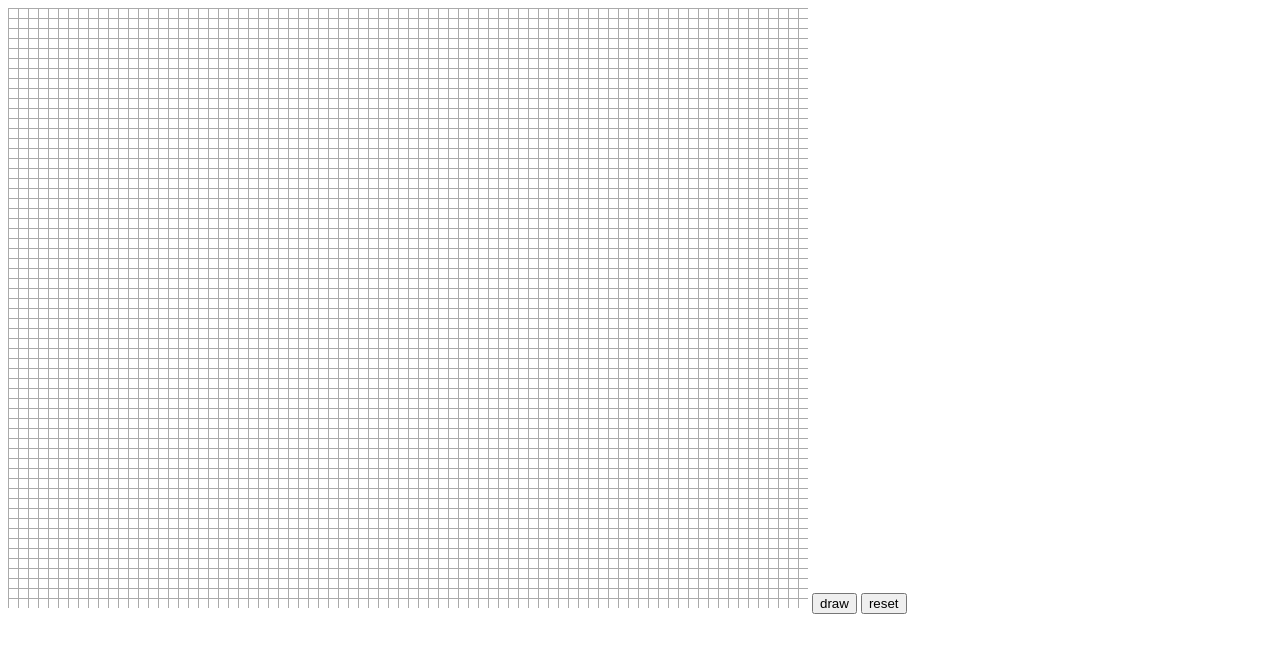
Repository: randgars/game
Page: index.html
These files come from the project's save history. The page is drawn as it stood at one moment and after the next save; the edit follows.
The browser window is 1280 px wide. The pictures show the whole page.
After loading, the first visible `button` was clicked once.

Above is the page before, as saved 2017-09-28 10:41:43.

After the next save:
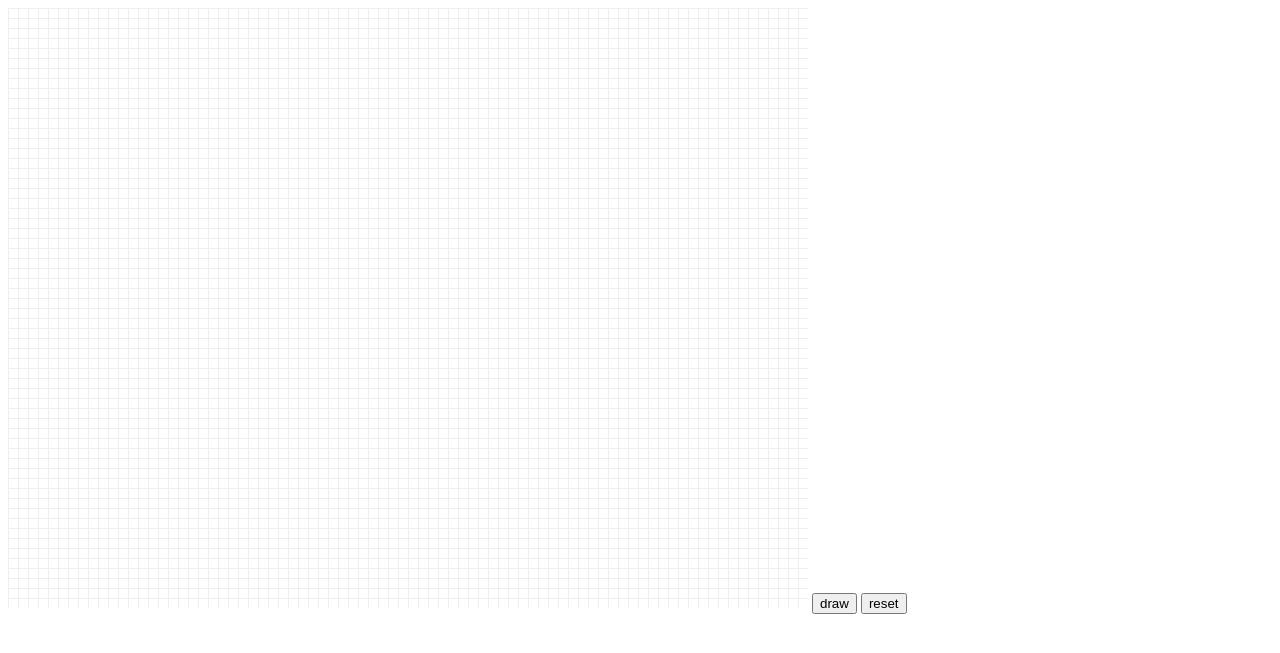
Saved 33 s later.
--- a/index.html
+++ b/index.html
@@ -22,7 +22,7 @@
                 context.moveTo(0, y);
                 context.lineTo(800, y);
             }
-            context.strokeStyle = "#aaa";
+            context.strokeStyle = "#eee";
             context.stroke();
         };
         function reset_b() {
